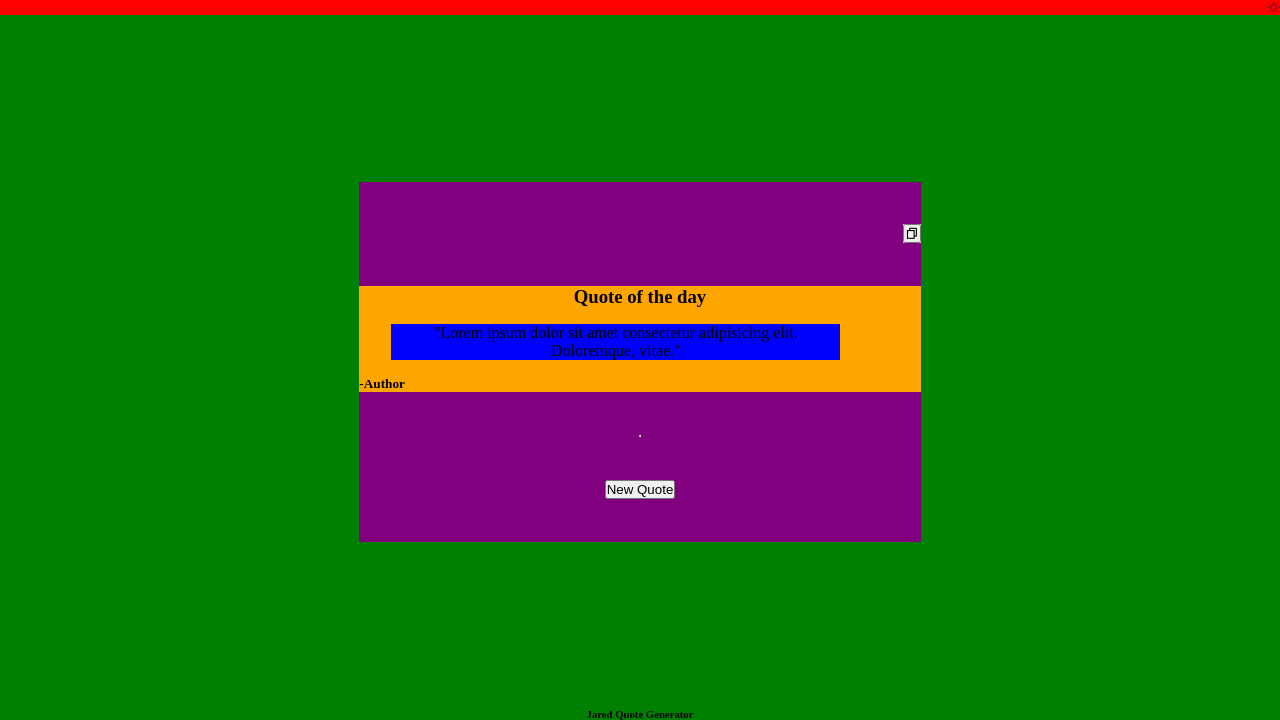
Repository: EguJaredoBoyd/Jared-Quote-Generator
Page: html/main.html
An editor plug-in stored every save of this project. The page is shown before and after the next save, followed by the edit.
The browser window is 1280 px wide. The pictures show the whole page.
Some web libraries are served in a nearby version.

Above is the page before, as saved 2026-01-09 00:55:29.

After the next save:
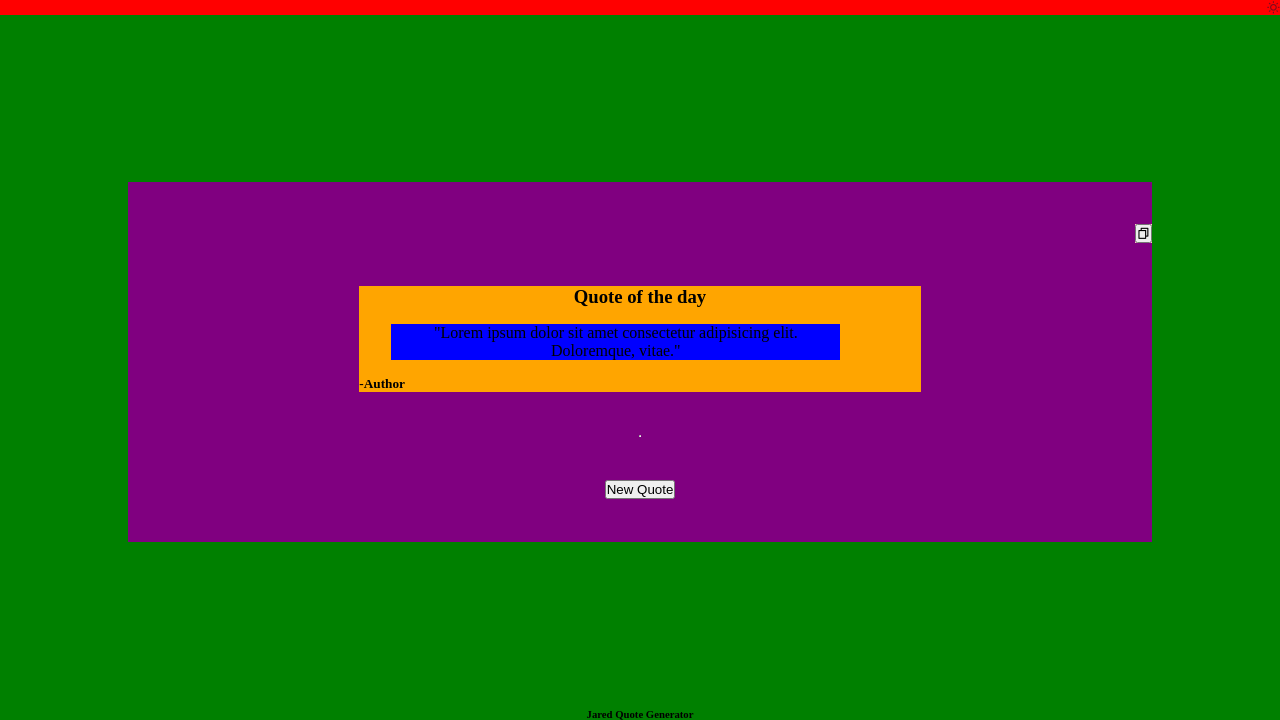
Saved 52 s later.
--- a/css/style.css
+++ b/css/style.css
@@ -51,7 +51,7 @@ header button {
   justify-content: space-evenly;
   align-items: center;
   height: 50vh;
-  width: auto;
+  width: 80vw;
 }
 
 .quote-container__copy {
